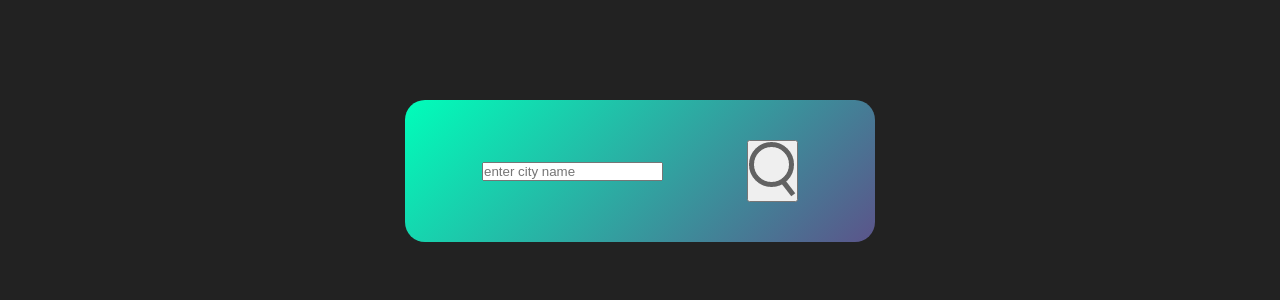
Repository: Alphosmart/weather
Page: index.html
An editor plug-in stored every save of this project. The page is shown before and after the next save, followed by the edit.
The browser window is 1280 px wide. The pictures show the whole page.

Above is the page before, as saved 2024-07-17 16:25:21.

After the next save:
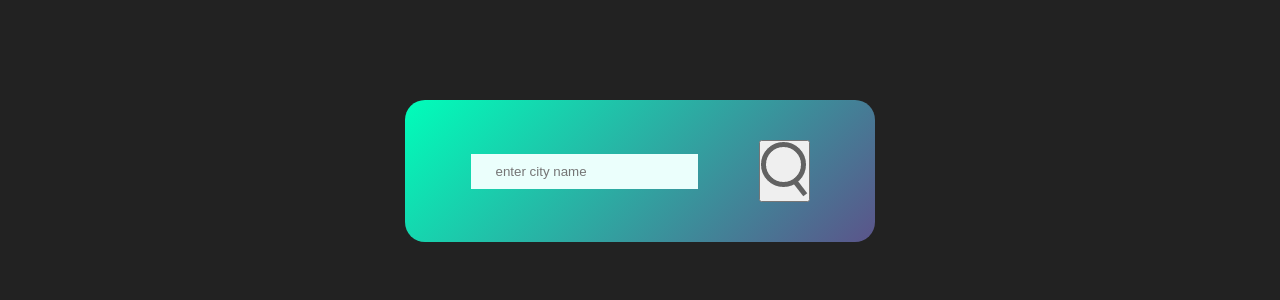
Saved 85 s later.
--- a/style.css
+++ b/style.css
@@ -27,4 +27,10 @@ body {
   justify-content: space-around;
 }
 
-.serach input;
+.search input {
+  border: 0;
+  outline: 0;
+  background: #ebfffc;
+  color: #555;
+  padding: 10px 25px;
+}
